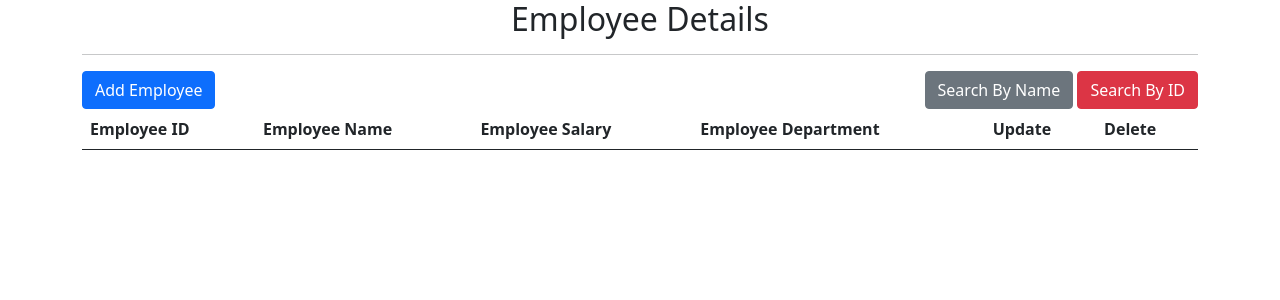
Repository: bhatideepak599/JspServlets
Page: http://localhost/10-student-mvc-db/Student
The author's editor kept a copy of each file at every save. The page is drawn from the files as they stood at one save, then again after the next save.
The browser window is 1280 px wide. The pictures show the whole page.
The page is served by Tomcat 9. Queries for data that is not in the repository find no rows.

Above is the page before, as saved 2024-07-18 18:19:28.

After the next save:
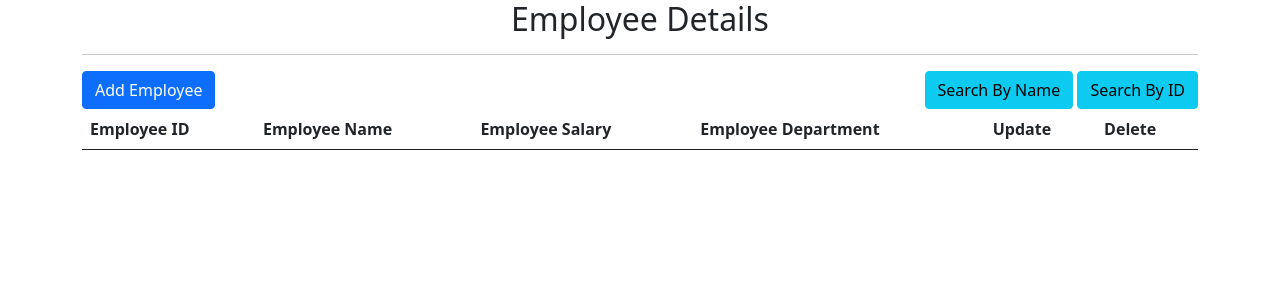
Saved 2 min 25 s later.
--- a/10-student-mvc-db/WebContent/empFile.jsp
+++ b/10-student-mvc-db/WebContent/empFile.jsp
@@ -35,8 +35,8 @@
 		<div class="d-flex justify-content-between">
   <a href="add-Employee.jsp" class="btn btn-primary">Add Employee</a>
   <div>
-    <a href="search-Employee-by-name.jsp" class="btn btn-secondary">Search By Name</a>
-    <a href="search-Employee-by-id.jsp" class="btn btn-danger">Search By ID</a>
+    <a href="search-Employee-by-name.jsp" class="btn btn-info">Search By Name</a>
+    <a href="search-Employee-by-id.jsp" class="btn btn-info">Search By ID</a>
   </div>
 </div>
 		<table class="table table-striped">
